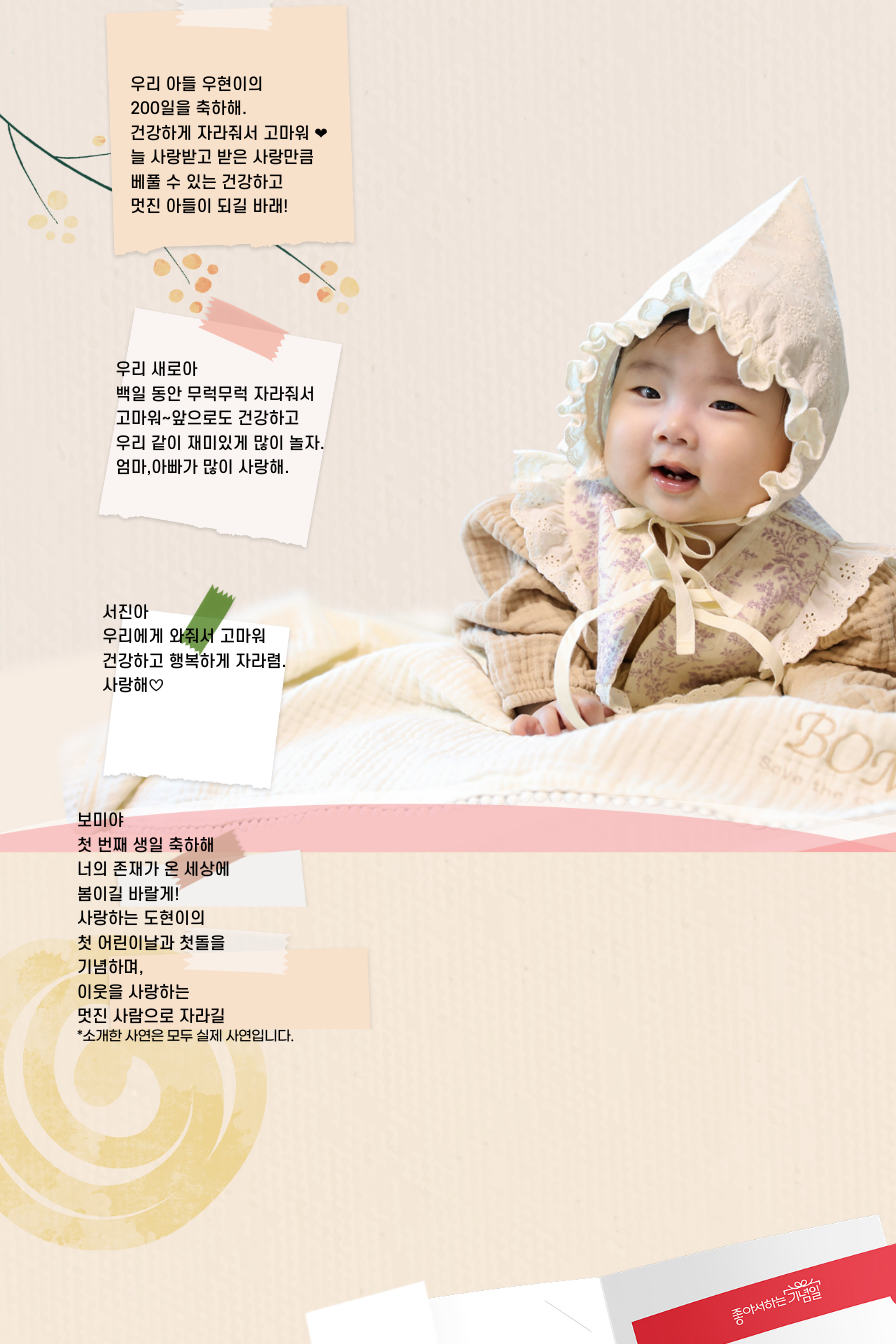
Repository: dlgywls1130/save_the_children
Page: index.html
An editor plug-in stored every save of this project. The page is shown before and after the next save, followed by the edit.
The browser window is 1280 px wide. The pictures show the part of the page from y = 1203 to 3123 px (the page is 4840 px tall), at 70% of full size.

Above is the page before, as saved 2023-12-12 22:09:45.

### index.html
<!DOCTYPE html>
<html lang="en">
<head>
    <meta charset="UTF-8">
    <meta name="viewport" content="width=device-width, initial-scale=1.0">
    <title>세이브더칠드런</title>

    <link rel="stylesheet" href="./css/reset.css">
    <link rel="stylesheet" href="./css/style.css">
</head>
<body>
    <div class="content_body">
        <section class="section_wrapper section01">
            <div class="se01 se_wrapper">
                <div class="se01_sub">
                    <div class="sub_logo">
                        <img src="./img/logo01.png" alt="logo">
                    </div>
                    <p>우리 아기 좋은 날 기부</p>
                </div>
                <p class="seo01_title">
                    아가야,
                </p>
                <p class="seo01_title_two">
                    너의 <span>탄생</span> 순간을 축하해!
                </p>
                <p class="section_descript mb-45">
                    처음 아기의 심장 소리를 들었던 순간,
                    <br>여린 아가의 성장이 실감나던 배냇짓,
                    <br>기적 같았던 백일,
                    <br>그리고 아이의 첫 생일인 첫돌...
                </p>
                <p class="section_descript">
                    아이의 건강과 행복을 바라는 마음을 담아,
                    <br>내 아이의 소중한 순간을 기부로 기념해보세요.
                    <br>함께 자라나는 다른 아이들에게도 큰 축복이 됩니다.
                </p>

                <a class="donation_link" href="javascript:void(0)">우리 아기 좋은 날 기부</a>
            </div>
        </section>
        <section class="section_wrapper section02">
            <div class="se02 se_wrapper">
                <div class="postit_wrapper">
                    <div class="postit postit01">
                        우리 아들 우현이의<br>
                        200일을 축하해.<br>
                        건강하게 자라줘서 고마워 ❤<br>
                        늘 사랑받고 받은 사랑만큼<br>
                        베풀 수 있는 건강하고<br>
                        멋진 아들이 되길 바래!
                    </div>
                    <div class="postit postit02">
                        우리 새로아<Br>
                        백일 동안 무럭무럭 자라줘서<Br>
                        고마워~앞으로도 건강하고<Br>
                        우리 같이 재미있게 많이 놀자.<Br>
                        엄마,아빠가 많이 사랑해.
                    </div>
                    <div class="postit postit03">
                        서진아<br>
                        우리에게 와줘서 고마워<br>
                        건강하고 행복하게 자라렴.<br>
                        사랑해♡
                    </div>
                    <div class="postit postit04">
                        보미야<br>
                        첫 번째 생일 축하해<br>
                        너의 존재가 온 세상에<br>
                        봄이길 바랄게!
                    </div>
                    <div class="postit postit05">
                        사랑하는 도현이의<br>
                        첫 어린이날과 첫돌을<br>
                        기념하며, <br>
                        이웃을 사랑하는<br>
                        멋진 사람으로 자라길

                    </div>
                </div>
                <p class="ex_text">*소개한 사연은 모두 실제 사연입니다.</p>

            </div>
        </section>
        <section class="section_wrapper section03">

        </section>
        <section class="section_wrapper section04">

        </section>
        <section class="section_wrapper section05">

        </section>
        <section class="section_wrapper section06">

        </section>
        <section class="section_wrapper section07">

        </section>
        <section class="section_wrapper section08">

        </section>
    </div>
</body>
</html>

### css/reset.css


html, body, div, span, applet, object, iframe,
h1, h2, h3, h4, h5, h6, p, blockquote, pre,
a, abbr, acronym, address, big, cite, code,
del, dfn, em, img, ins, kbd, q, s, samp,
small, strike, strong, sub, sup, tt, var,
b, u, i, center,
dl, dt, dd, ol, ul, li,
fieldset, form, label, legend,
table, caption, tbody, tfoot, thead, tr, th, td,
article, aside, canvas, details, embed,
figure, figcaption, footer, header, hgroup,
menu, nav, output, ruby, section, summary,
time, mark, audio, video {
	margin: 0;
	padding: 0;
	border: 0;
	font-size: 100%;
	font: inherit;
	vertical-align: baseline;
}

article, aside, details, figcaption, figure,
footer, header, hgroup, menu, nav, section {
	display: block;
}
body {
	line-height: 1;
}
ol, ul {
	list-style: none;
}
blockquote, q {
	quotes: none;
}
blockquote:before, blockquote:after,
q:before, q:after {
	content: '';
	content: none;
}
table {
	border-collapse: collapse;
	border-spacing: 0;
}

### css/style.css

/* root */
:root{
    --main-color:#B17A60;
    --pink-color:#F79497;
}


/* font */

/* dongle */
@font-face {
    font-family: 'Dongle';
    font-weight: 300;
    src: url('../font/Dongle-Light.ttf') format('ttf'),
    url('../font/Dongle-Light.woff') format('woff');
}

@font-face {
    font-family: 'Dongle';
    font-weight: 500;
    src: url('../font/Dongle-Regular.ttf') format('ttf'),
    url('../font/Dongle-Regular.woff') format('woff');
}

@font-face {
    font-family: 'Dongle';
    font-weight: 700;
    src: url('../font/Dongle-Bold.ttf') format('ttf'),
    url('../font/Dongle-Bold.woff') format('woff');
}


/* Gmarket */
@font-face {
    font-family: 'GmarketSans';
    font-weight: 300;
    src: url('../font/GmarketSansLight.ttf') format('ttf'),
    url('../font/GmarketSansLight.woff') format('woff');
}

@font-face {
    font-family: 'GmarketSans';
    font-weight: 500;
    src: url('../font/GmarketSansMedium.ttf') format('ttf'),
    url('../font/GmarketSansMedium.woff') format('woff');
}

@font-face {
    font-family: 'GmarketSans';
    font-weight: 700;
    src: url('../font/GmarketSansBold.ttf') format('ttf'),
    url('../font/GmarketSansBold.woff') format('woff');
}


/* nanumsqure */

@font-face {
    font-family: 'NanumSquare';
    font-weight: 400;
    src: url('../font/NanumSquareL.ttf') format('ttf'),
    url('../font/NanumSquareL.woff') format('woff');
}

@font-face {
    font-family: 'NanumSquare';
    font-weight: 500;
    src: url('../font/NanumSquareR.ttf') format('ttf'),
    url('../font/NanumSquareR.woff') format('woff');
}

@font-face {
    font-family: 'NanumSquare';
    font-weight: 600;
    src: url('../font/NanumSquareB.ttf') format('ttf'),
    url('../font/NanumSquareB.woff') format('woff');
}

@font-face {
    font-family: 'NanumSquare';
    font-weight: 700;
    src: url('../font/NanumSquareEB.ttf') format('ttf'),
    url('../font/NanumSquareEB.woff') format('woff');
}



/* scdream5 */
@font-face {
    font-family: 'SCDream5';
    src: url('../font/SCDream5.woff') format('woff'),
    url('../font/SCDream5.ttf') format('ttf'),
    url('../font/SCDream5.otf') format('otf');
}


.section_wrapper{
    max-width:1920px;
    width: 100%;

}

.se_wrapper{
    max-width: 1060px;
    margin: 0 auto;
    width: 100%;
    position: relative;
}


/* common */
.mb-45{margin-bottom: 45px;}

/* section01 */


.section01{
    background: url('../img/back01.jpg') no-repeat;
    height: 1080px;

}

.se01{
    padding: 230px 0 70px;

}
.se01_sub{

    display: flex;
    align-items: center;
    margin-bottom: 30px;
}

.sub_logo{
    width: 198px;
    height: 65px;
    margin-right: 15px;
}

.sub_logo img{
    width: 100%;
    height: 100%;
    object-fit: contain;
}

.se01_sub p{
    width: 302px;
    height: 52px;
    background: #B17A60;
    border-radius: 20px;
    display: flex;
    align-items: center;
    justify-content: center;
    letter-spacing: -0.03em;
    font-size: 25px;
    font-weight: 700;
    font-family: 'GmarketSans',sans-serif;
    color: #fff;
}

.seo01_title{
    font-family: 'Dongle',sans-serif;
    font-weight: 500;
    font-size: 150px;
    color: var(--main-color);
    letter-spacing: -0.03em;
}

.seo01_title_two{
    font-family: 'Dongle',sans-serif;
    font-weight: 500;
    font-size: 120px;
    color: var(--main-color);
    letter-spacing: -0.03em;
    margin-top: -4%;
    margin-bottom: 50px;
}

.section_descript{
    font-size: 25px;
    line-height: 35px;
    font-family: 'GmarketSans';
    font-weight: 500;
    letter-spacing: -0.03em;
    color: #000;
}

.donation_link{
    width: 560px;
    height: 75px;
    border-radius: 100px;
    display: flex;
    align-items: center;
    justify-content: center;
    background: var(--pink-color);
    color: #fff;
    font-family: 'GmarketSans';
    font-size: 35px;
    font-weight: 700;
    letter-spacing: -0.03em;
    text-decoration: none;
    margin: 45px auto 0;
}
/* section02 */

.section02{
    height: 1340px;
    background: url('../img/back03.jpg') no-repeat;
}

.se02{
    padding: 76px 0 96px;
}

.ex_text{
    font-family: 'GmarketSans';
    font-size: 20px;
    font-weight: 500;
    letter-spacing: -0.03em;
}

.postit{
    font-family: 'SCDream5';
    font-size: 23px;
    line-height: 35px;
}

.postit01{
    background:url('../img/post04.png') no-repeat;
    width: 438px;
    height: 438px;
    background-size: contain;
    padding: 150px 76px 99px;
    box-sizing: border-box;
}

.postit02{
    background:url('../img/post05.png') no-repeat;
    width: 416px;
    height: 416px;
    background-size: contain;
    padding: 120px 55px 99px;
    box-sizing: border-box;
}

.postit03{
    background:url('../img/post02.png') no-repeat;
    width: 348px;
    height: 348px;
    background-size: contain;
    padding: 50px 36px 60px;
    box-sizing: border-box;
}

.postit04{
    background:url('../img/post03.png') no-repeat;
}

.postit05{
    background:url('../img/post04.png') no-repeat;
}
/* section03 */

.section03{
    height: 1340px;
    background: url('../img/back04.jpg') no-repeat;
}

/* section04 */

.section04{
    height: 1080px;

}

/* section05 */

/* section06 */

/* section07 */

/* section08 */

After the next save:
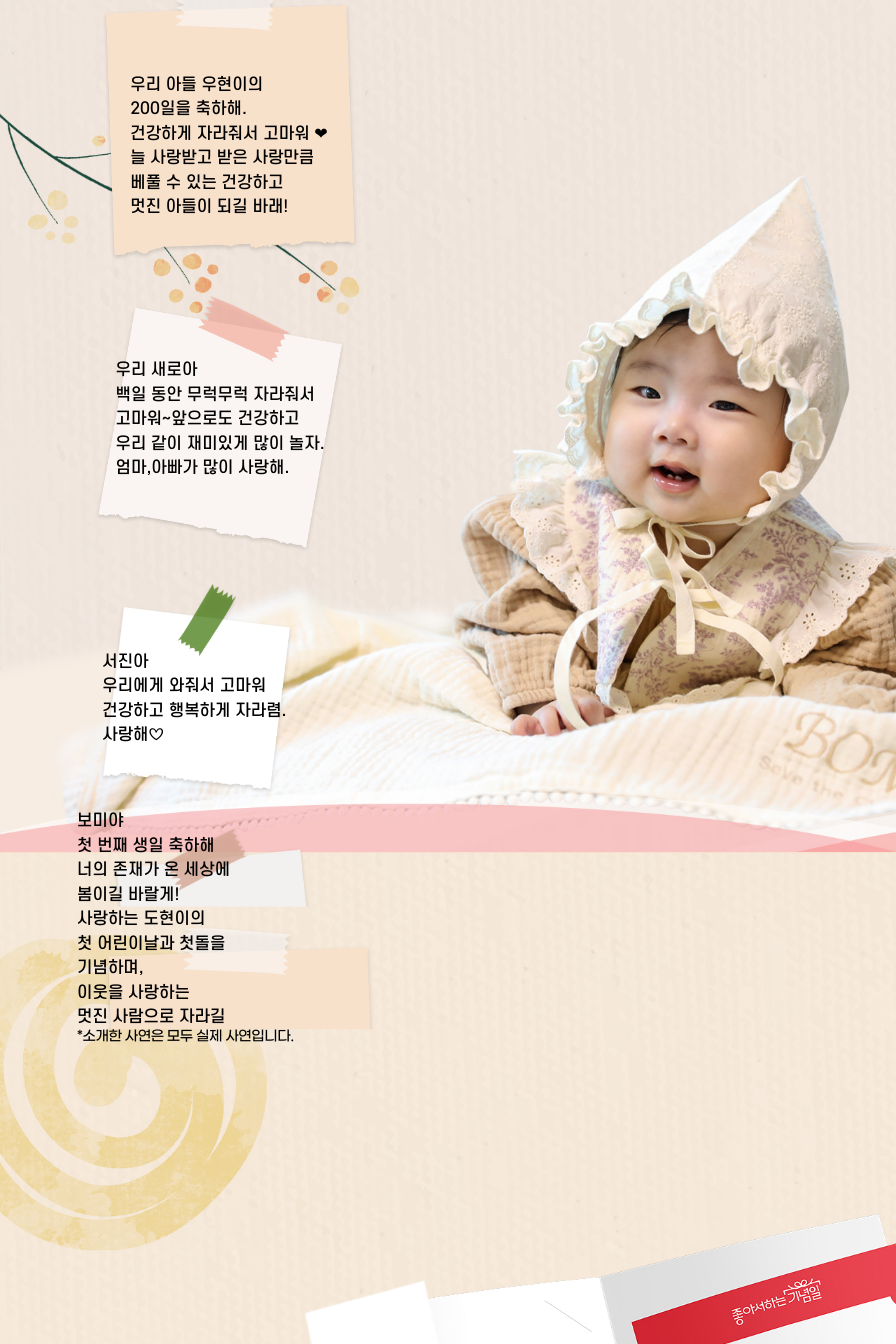
Saved 7 s later.
--- a/css/style.css
+++ b/css/style.css
@@ -249,7 +249,7 @@
     width: 348px;
     height: 348px;
     background-size: contain;
-    padding: 50px 36px 60px;
+    padding: 120px 36px 60px;
     box-sizing: border-box;
 }
 
